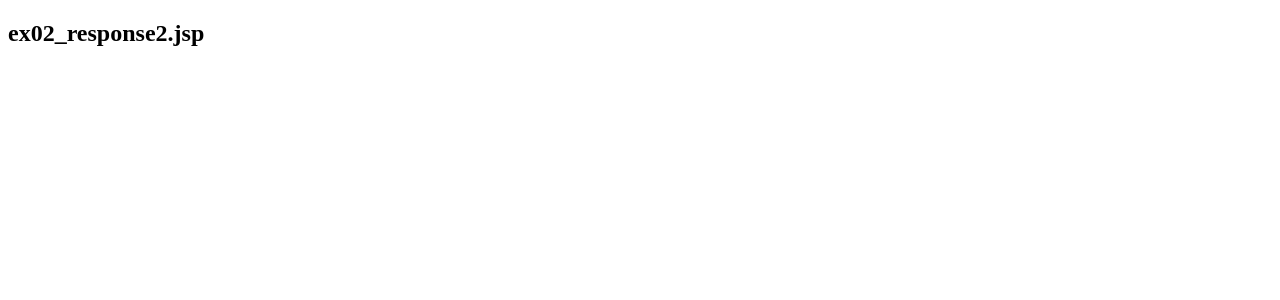
Repository: WONDongin/GoodeeAcademy_JAVA
Page: http://localhost/jspStudy/ex05_response/ex02_response2.jsp
These files come from the project's save history. The page is drawn as it stood at one moment and after the next save; the edit follows.
The browser window is 1280 px wide. The pictures show the whole page.
The page is served by Tomcat 9.

Above is the page before, as saved 2025-04-02 02:22:15.

### jsp_study/jspStudy/src/main/webapp/ex05_response/ex02_response2.jsp
<%@ page language="java" contentType="text/html; charset=UTF-8"
    pageEncoding="UTF-8"%>
<!DOCTYPE html>
<html>
<head>
<meta charset="UTF-8">
	<title>response 예제</title>
	</head>
	<body>
		<h2>ex02_response2.jsp</h2>
	</body>
</html>

After the next save:
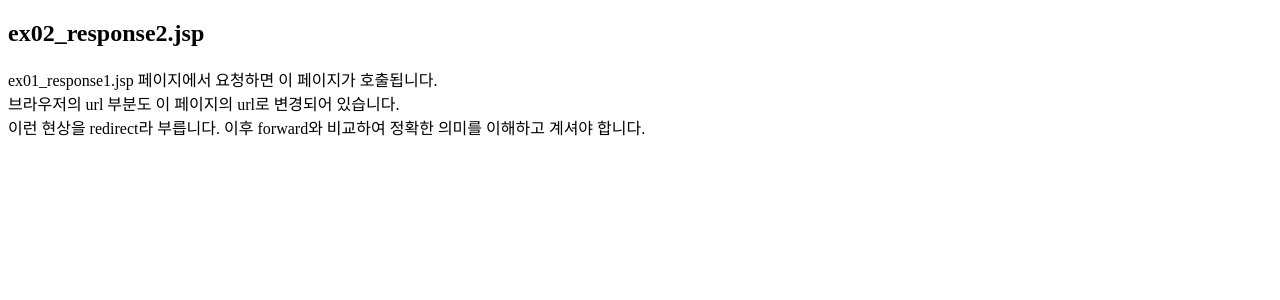
Saved 72 s later.
--- a/jsp_study/jspStudy/src/main/webapp/ex05_response/ex02_response2.jsp
+++ b/jsp_study/jspStudy/src/main/webapp/ex05_response/ex02_response2.jsp
@@ -8,5 +8,9 @@
 	</head>
 	<body>
 		<h2>ex02_response2.jsp</h2>
+		ex01_response1.jsp 페이지에서 요청하면 이 페이지가 호출됩니다. <br/>
+		브라우저의 url 부분도 이 페이지의 url로 변경되어 있습니다. <br/>
+		이런 현상을 redirect라 부릅니다. 이후 forward와 비교하여 정확한 의미를 이해하고 계셔야 합니다.<br/>
+
 	</body>
 </html>
